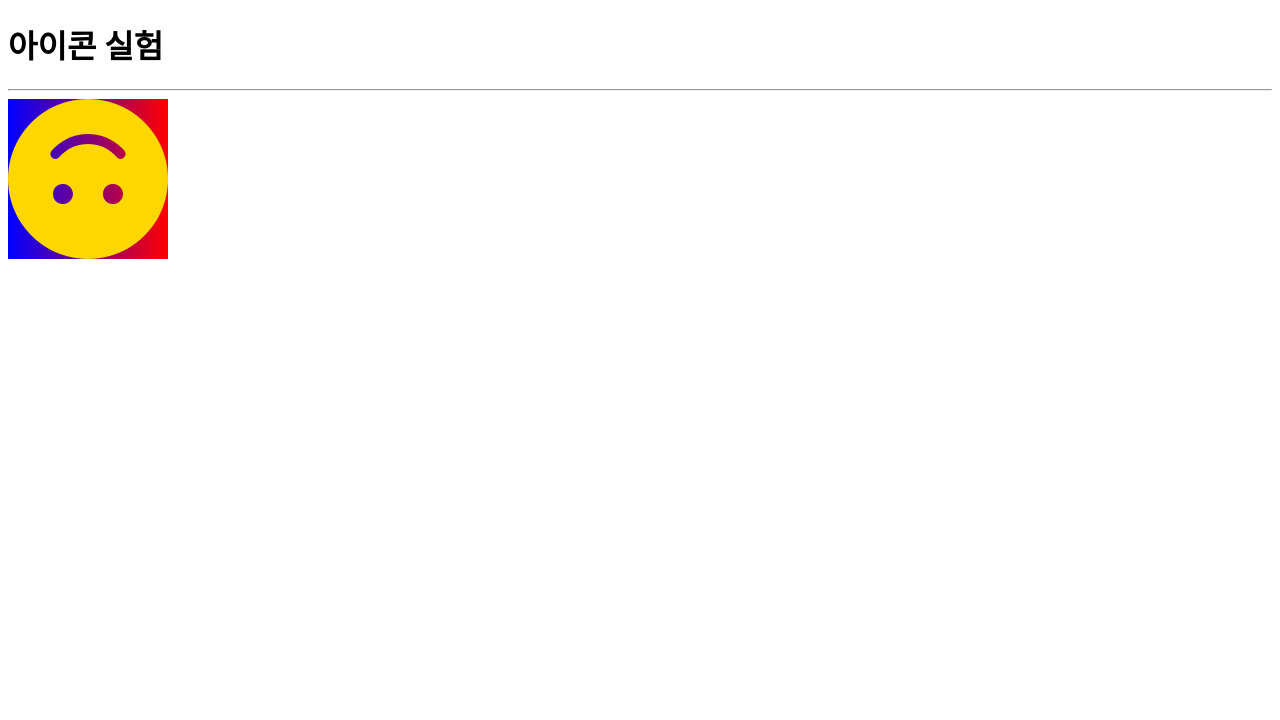
Repository: itkezi/HTML_2022_505
Page: Web/WebContent/HTML/ex.html
The author's editor kept a copy of each file at every save. The page is drawn from the files as they stood at one save, then again after the next save.
The browser window is 1280 px wide. The pictures show the whole page.
Some web libraries are served in a nearby version.

Above is the page before, as saved 2022-03-25 06:14:28.

After the next save:
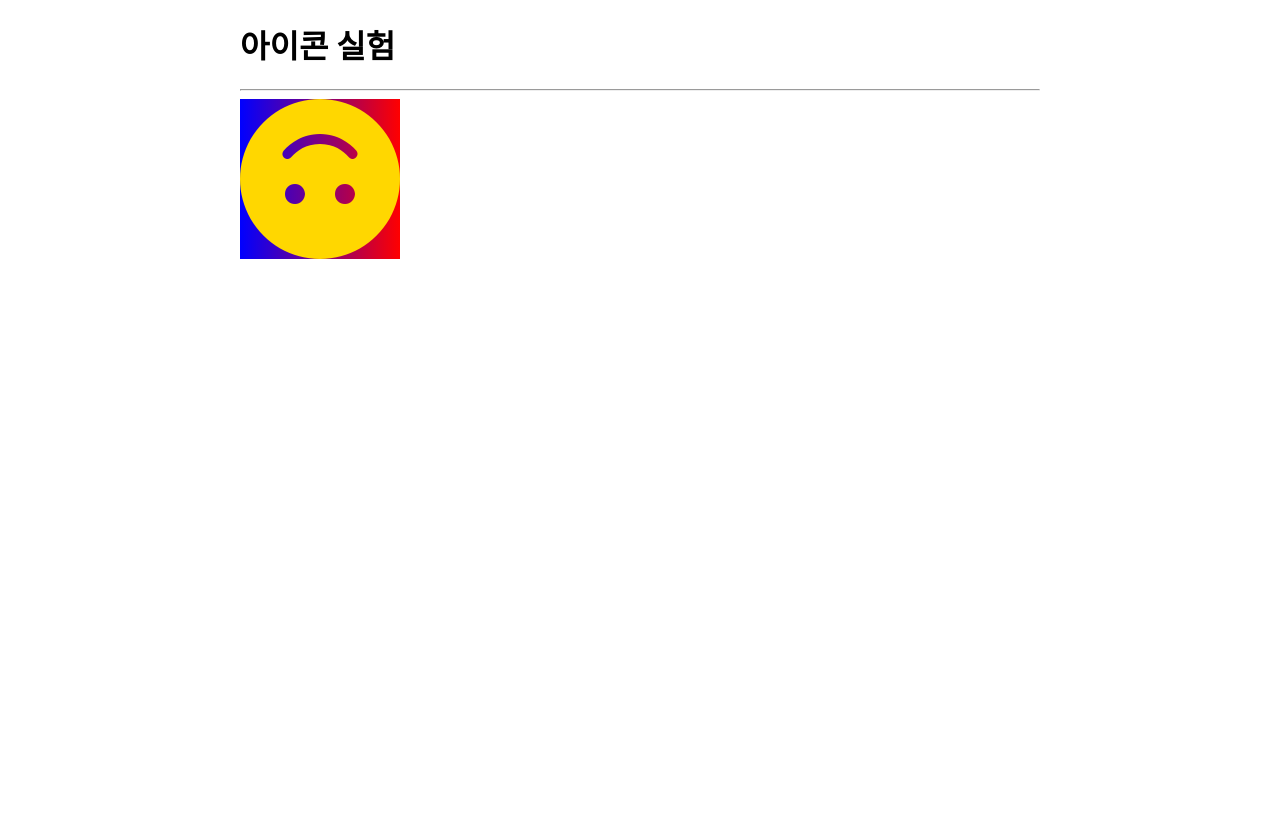
Saved 29 s later.
--- a/Web/WebContent/HTML/ex.html
+++ b/Web/WebContent/HTML/ex.html
@@ -9,6 +9,8 @@
 	  	  background: linear-gradient(to right, #f00, #00f);
 			}
 	#box {
+			width:800px;
+			height:800px;
 			margin:auto;
 
 			}
